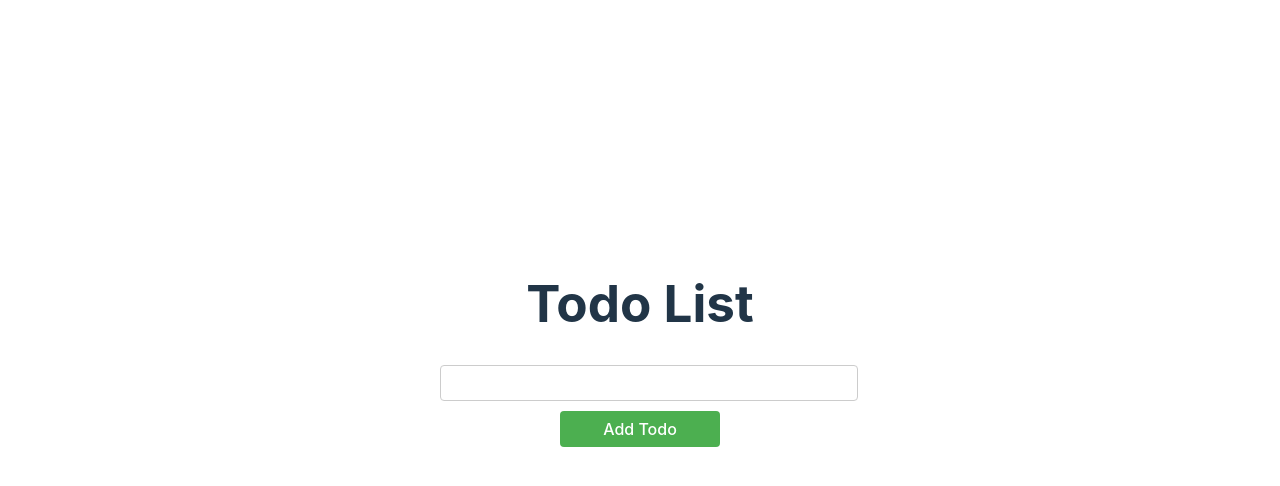
Repository: sinchana-p-iVoyant/mobx-todo
Page: /
The author's editor kept a copy of each file at every save. The page is drawn from the files as they stood at one save, then again after the next save.
The browser window is 1280 px wide. The pictures show the whole page.
The project was rebuilt for these pictures with package versions that can differ from the ones it lists, and the page was loaded fresh each time. Also part of the build but not shown: vite.config.js.

Above is the page before, as saved 2024-03-07 02:36:57.

After the next save:
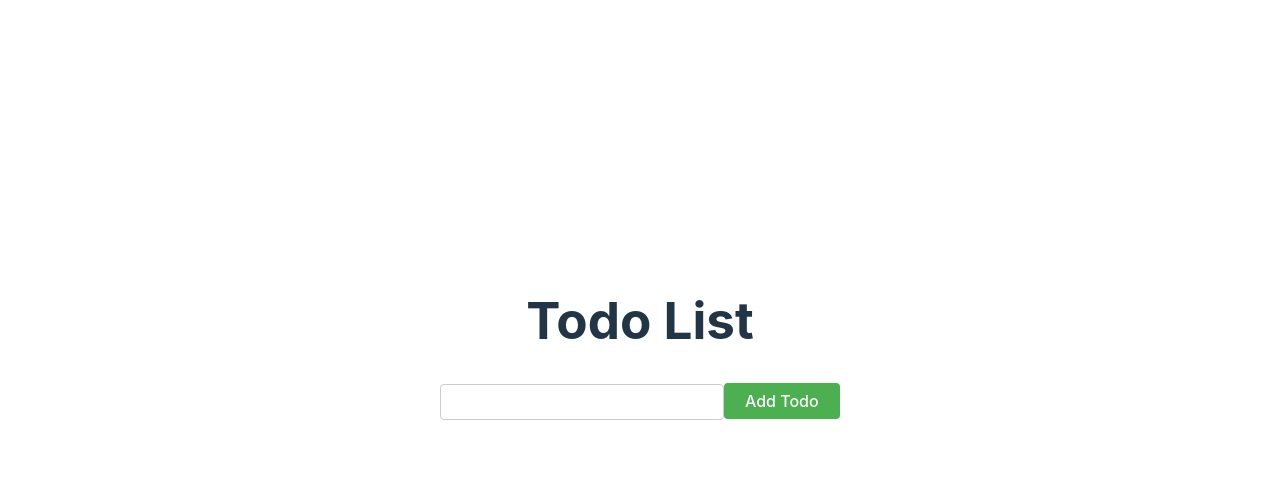
Saved 4 s later.
--- a/src/TodoList.jsx
+++ b/src/TodoList.jsx
@@ -40,7 +40,7 @@ const TodoList = () => {
 
   return (
     <div className="todo-list-container">
-      <div className="input-container1">
+      <div className="input-container">
         <input
             className="todo-input"
             type="text"
